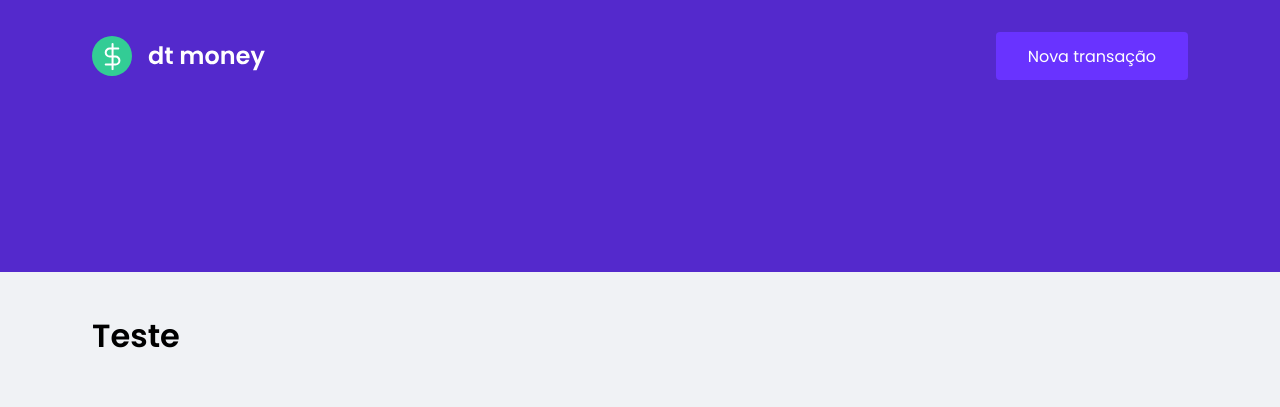
Repository: victoriandujar/ignite-dtmoney
Page: /
The author's editor kept a copy of each file at every save. The page is drawn from the files as they stood at one save, then again after a run of saves.
The browser window is 1280 px wide. The pictures show the whole page.
The project was rebuilt for these pictures with package versions that can differ from the ones it lists, and the page was loaded fresh each time.

Above is the page before, as saved 2021-03-22 18:34:14.

After the next 2 saves:
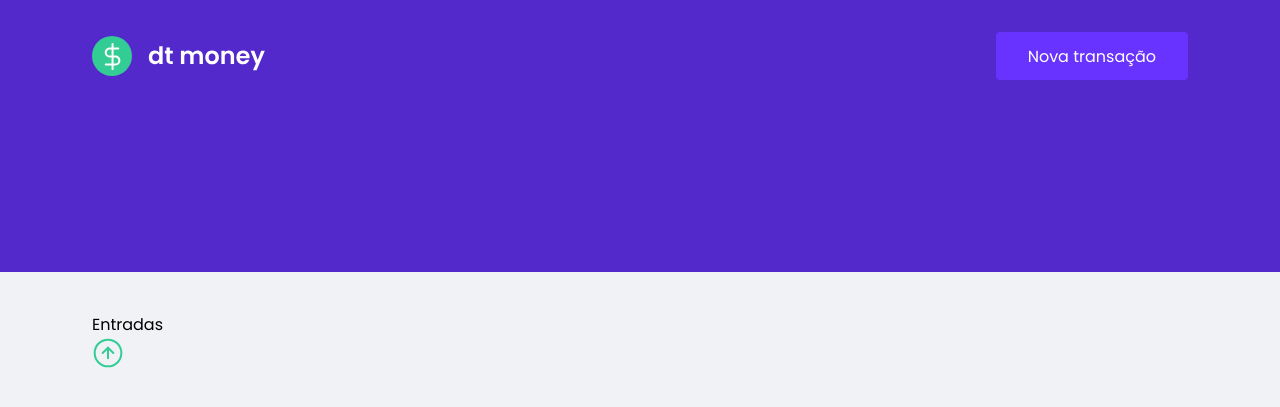
The 2 saves are shown as one change because they came seconds apart.
The last was saved 3 min 52 s later.
--- a/src/components/Summary/index.tsx
+++ b/src/components/Summary/index.tsx
@@ -1,9 +1,18 @@
 import React from 'react';
 
-// import { Container } from './styles';
+import IncomeImg from '../../assets/income.svg';
+
+import { Container } from './styles';
 
 export function Summary() {
     return(
-        <h1>Teste</h1>
+        <Container>
+            <div>
+                <header>
+                    <p>Entradas</p>
+                    <img src={IncomeImg} alt="Income"/>
+                </header>
+            </div>
+        </Container>
     );
 }
